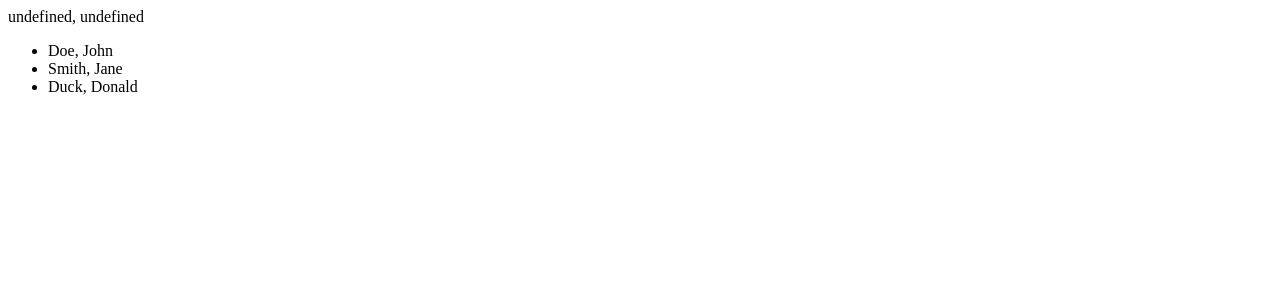
Repository: BrianKolowitz/infsci2560_samples
Page: public_html/week6/json.html
The author's editor kept a record of every edit. The page is drawn from the files as they stood at one moment, then again after the next edit.
The browser window is 1280 px wide. The pictures show the whole page.

Above is the page before.

After the next edit:
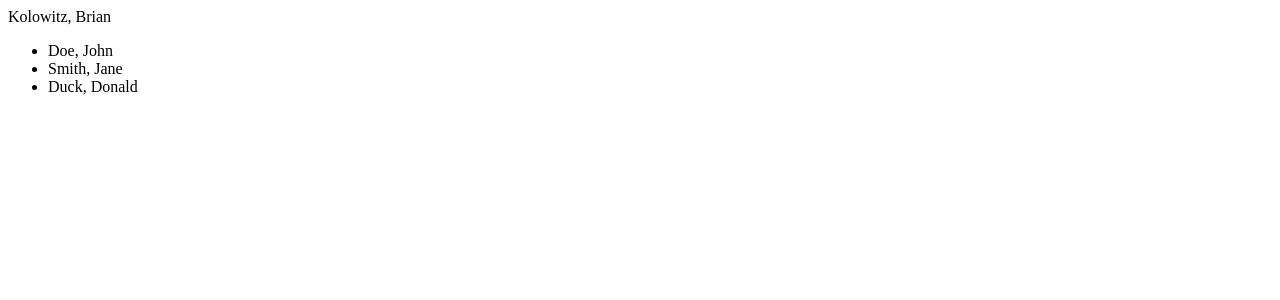
The edit:
--- a/public_html/week6/json.html
+++ b/public_html/week6/json.html
@@ -6,7 +6,7 @@
         <meta name="viewport" content="width=device-width, initial-scale=1.0">
         <script type='text/javascript'>
             var infsci2560 = {
-                instructor: {firstname: "Brian", lastname: "Kolowitz"},
+                instructor: {firstName: "Brian", lastName: "Kolowitz"},
                 students: [
                     {firstName: "John", lastName: "Doe" },
                     {firstName: "Jane" , lastName: "Smith" },
